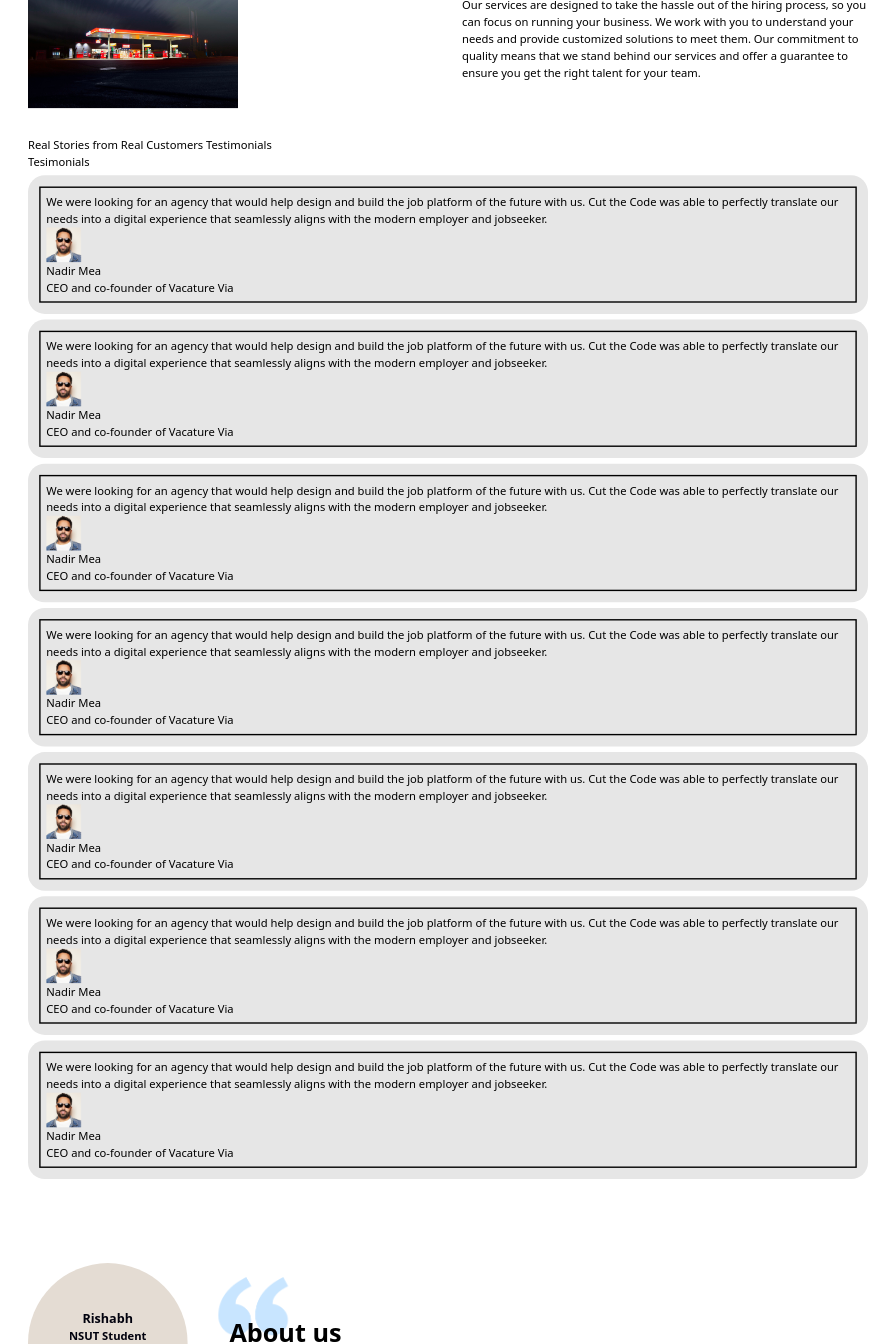
Repository: ayushtenguria/uniteksol
Page: /
An editor plug-in stored every save of this project. The page is shown before and after the next save, followed by the edit.
The browser window is 1280 px wide. The pictures show the part of the page from y = 1229 to 3149 px (the page is 4082 px tall before and 2640 px after), at 70% of full size.
The project was rebuilt for these pictures with package versions that can differ from the ones it lists, and the page was loaded fresh each time. The framework's server and built-in components were replaced by stand-ins that run in the browser. Also part of the build but not shown: next.config.mjs.

Above is the page before, as saved 2024-02-23 20:38:13.

After the next save:
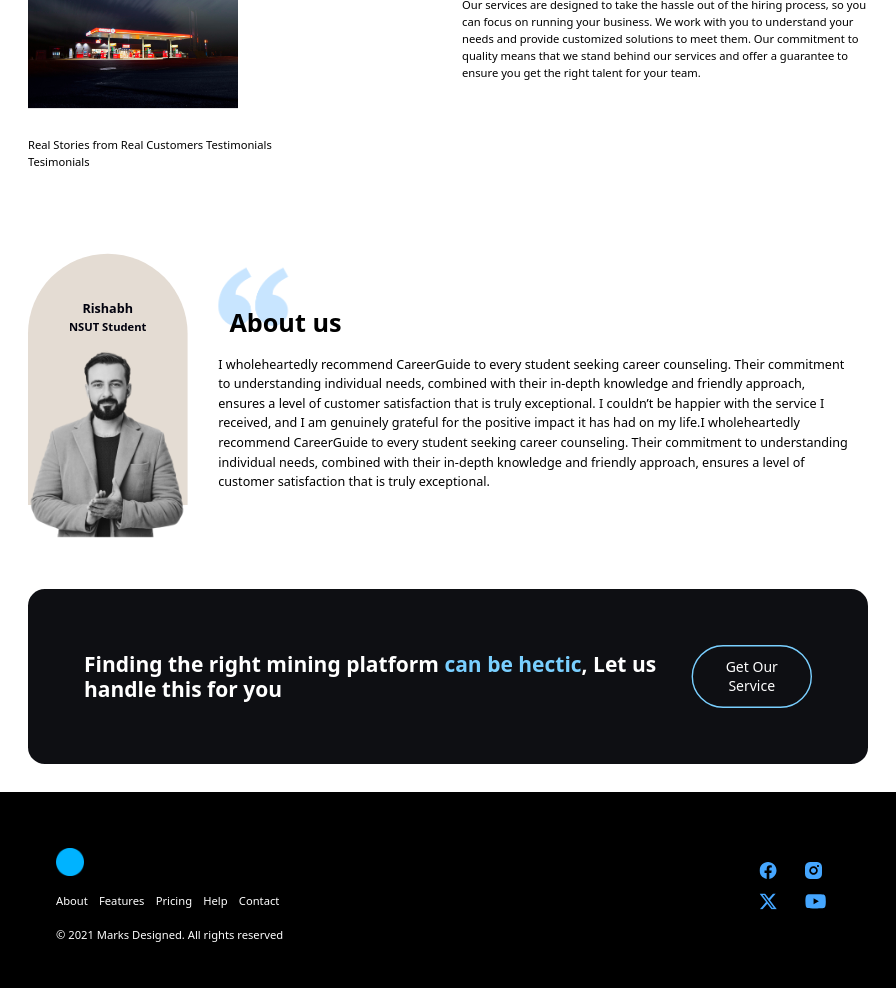
Saved 13 s later.
--- a/components/Testimonials.js
+++ b/components/Testimonials.js
@@ -10,7 +10,7 @@
 Testimonials
             </h1>
             <p>Tesimonials</p>
-            {TESTIMONIALS.map((t)=>(
+            {/* {TESTIMONIALS.map((t)=>(
                 <Card>
                     <div className="border-2 border-black p-2">
                     <div>
@@ -25,7 +25,7 @@
                     </div>
                     </div>
                 </Card>
-            ))}
+            ))} */}
         </div>
     )
 }
